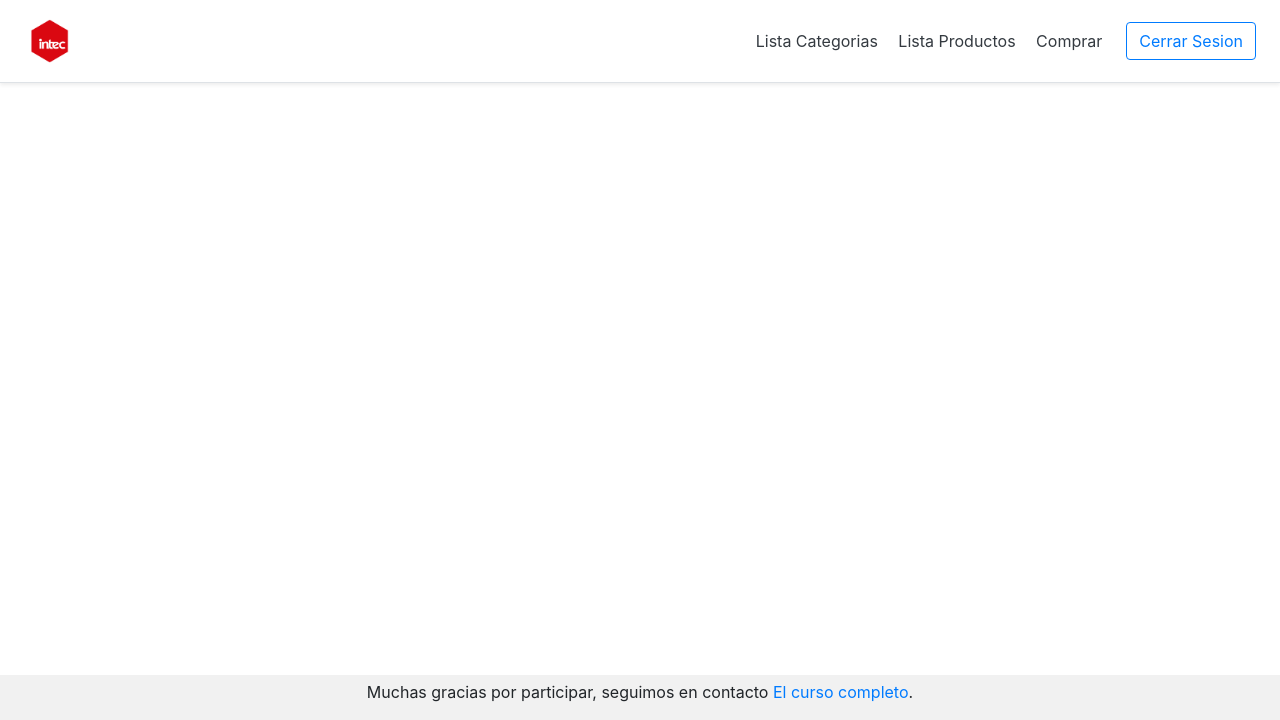
Repository: resttechsolutions/onlineStore
Page: home.html
These files come from the project's save history. The page is drawn as it stood at one moment and after a run of saves; the edit follows.
The browser window is 1280 px wide. The pictures show the whole page.

Above is the page before, as saved 2020-09-05 18:28:02.

After the next 4 saves:
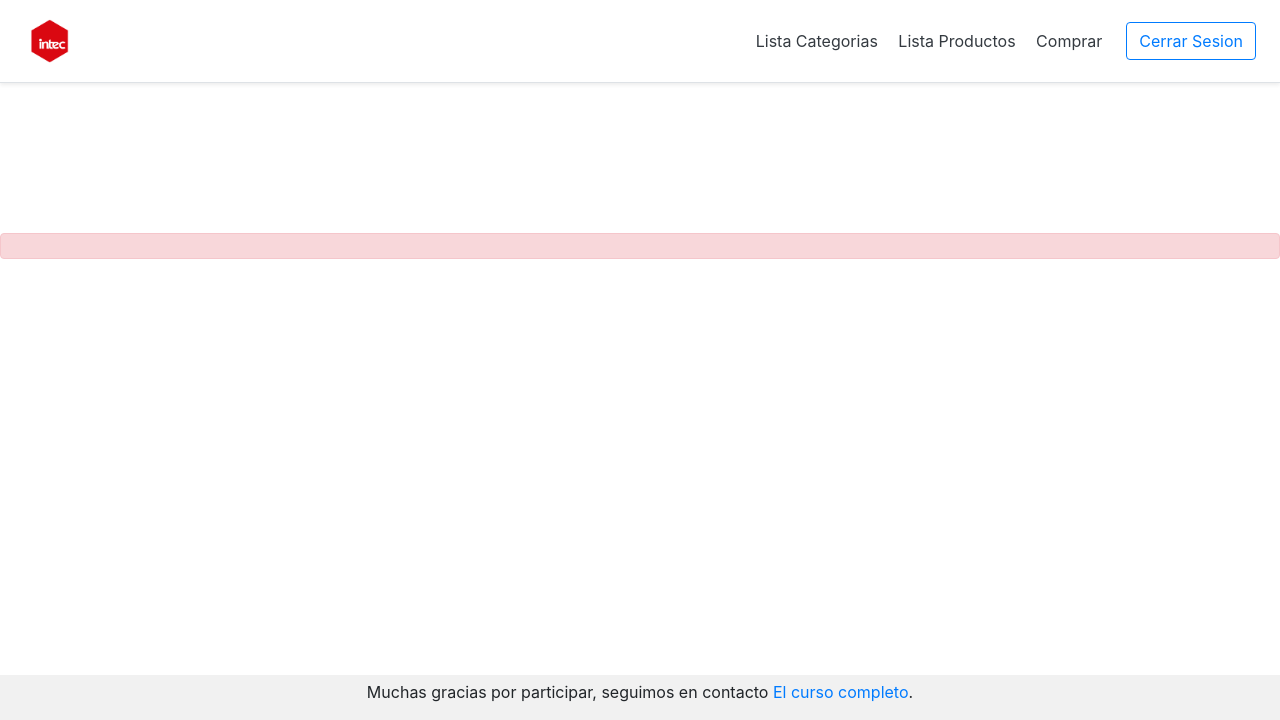
The 4 saves are shown as one change because they came seconds apart.
The last was saved 16 s later.
--- a/Assets/Js/home.js
+++ b/Assets/Js/home.js
@@ -4,7 +4,7 @@
         $('#divError').show();
 
         //Add error Div Class
-        $('#divError')
+        $('#divError').addClass('alert-danger');
     }
 });
 
